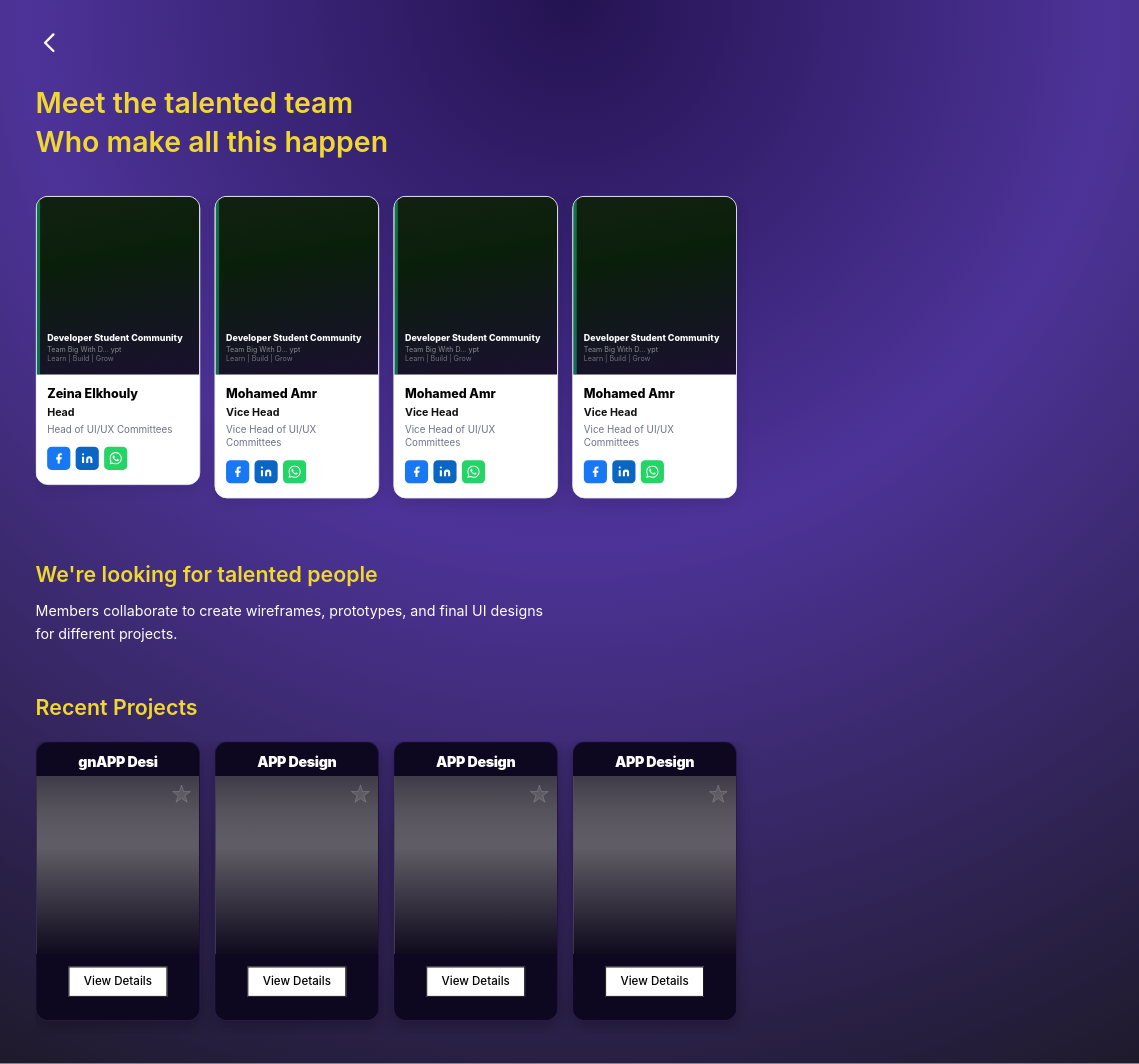
Repository: Frontend-Committee/StarUnion-Website
Page: /committees/artificial-intelligence
These files come from the project's save history. The page is drawn as it stood at one moment and after the next save; the edit follows.
The browser window is 1280 px wide. The pictures show the whole page, at 89% of full size.
Pictures or frames that could not be fetched are drawn as grey boxes. The project was rebuilt for these pictures with package versions that can differ from the ones it lists, and the page was loaded fresh each time. Also part of the build but not shown: vite.config.js, src/features/committees/components/CommitteeBadge.jsx, src/features/committees/components/CommitteeCard.jsx, src/features/committees/pages/CommitteesPage.jsx, src/components/common/Navbar.jsx, src/components/common/Footer.jsx.

Above is the page before, as saved 2026-02-26 03:34:25.

### index.html
<!doctype html>
<html lang="en">
  <head>
    <meta charset="UTF-8" />
    <meta name="viewport" content="width=device-width, initial-scale=1.0" />
    <title>star-union</title>
  </head>
  <body>
    <div id="root"></div>
    <script type="module" src="/src/main.jsx"></script>
  </body>
</html>

### src/App.jsx
import { BrowserRouter, Route, Routes } from "react-router-dom";
import "./App.css";

import CommitteeDetailsPage from "./features/committees/pages/CommitteeDetailsPage";
import CommitteesPage from "./features/committees/pages/CommitteesPage";
import MainLayout from "./layouts/MainLayout";

function App() {
  return (
    <BrowserRouter>
      <Routes>
        <Route element={<MainLayout />}>
          <Route path="/committees" element={<CommitteesPage />} />
          <Route path="/committees/:slug" element={<CommitteeDetailsPage />} />
          {/* Fallback — redirect to committees for now */}
          <Route path="*" />
        </Route>
      </Routes>
    </BrowserRouter>
  );
}

export default App;

### src/App.css
@tailwind base;
@tailwind components;
@tailwind utilities;

/* Import Inter from Google Fonts */
@import url("https://fonts.googleapis.com/css2?family=Inter:wght@400;500;600;700;800;900&display=swap");

/* Base global styles */
* {
  margin: 0;
  padding: 0;
  box-sizing: border-box;
}

html {
  scroll-behavior: smooth;
}

body {
  font-family:
    "Inter",
    -apple-system,
    BlinkMacSystemFont,
    "Segoe UI",
    Roboto,
    sans-serif;
  -webkit-font-smoothing: antialiased;
  -moz-osx-font-smoothing: grayscale;
}

/* Hide scrollbar utility */
.scrollbar-hide {
  -ms-overflow-style: none;
  scrollbar-width: none;
}
.scrollbar-hide::-webkit-scrollbar {
  display: none;
}

### src/features/committees/pages/CommitteeDetailsPage.jsx
import { motion } from "framer-motion";
import { useNavigate, useParams } from "react-router-dom";
import ScrollAnimation from "../../../components/ui/ScrollAnimation";
import {
  COMMITTEES_DATA,
  MOCK_PROJECTS,
  MOCK_TEAM_MEMBERS,
} from "../../../utils/constants";

/* ────────────────────────────────────────
   Team Member Card — matches Figma exactly
   • White card
   • Full-bleed dark photo area (top ~60%)
   • White bottom: purple name, bold role, gray desc, coloured social buttons
──────────────────────────────────────── */
const TeamCard = ({ member, delay = 0 }) => (
  <ScrollAnimation variant="fade-up" delay={delay} className="flex-shrink-0">
    <motion.div
      whileHover={{ y: -5, boxShadow: "0 16px 40px rgba(116,65,255,0.18)" }}
      transition={{ type: "spring", stiffness: 300, damping: 22 }}
      className="w-[185px] rounded-[14px] overflow-hidden border border-gray-200 bg-white flex flex-col"
      style={{ boxShadow: "0 4px 16px rgba(0,0,0,0.10)" }}
    >
      {/* ── Photo / Banner area ── */}
      <div
        className="relative w-full bg-[#111827] overflow-hidden"
        style={{ height: 200 }}
      >
        {member.photo ? (
          <img
            src={member.photo}
            alt={member.name}
            className="w-full h-full object-cover object-top"
          />
        ) : (
          /* DSC-style placeholder matching the Figma banner */
          <div
            className="w-full h-full flex flex-col justify-end p-3"
            style={{
              background:
                "linear-gradient(170deg, #122112 0%, #0a1f0a 35%, #1a1030 100%)",
            }}
          >
            {/* Green accent bar left */}
            <div className="absolute top-0 left-0 w-1 h-full bg-[#11EDA4]/40" />
            <p className="text-white font-extrabold text-[10px] leading-tight mb-0.5">
              Developer Student Community
            </p>
            <p className="text-white/50 text-[8px] leading-tight">
              Team Big With D... ypt
            </p>
            <p className="text-white/40 text-[8px]">Learn | Build | Grow</p>
          </div>
        )}
      </div>

      {/* ── Info section ── */}
      <div className="bg-white px-3 pt-3 pb-4 flex flex-col">
        <h4 className="text-primary font-extrabold text-[14px] leading-tight">
          {member.name}
        </h4>
        <p className="text-[#111] text-[12px] font-bold mt-[3px]">
          {member.role}
        </p>
        <p className="text-gray-500 text-[11px] leading-snug mt-[3px]">
          {member.description}
        </p>

        {/* Coloured icon buttons */}
        <div className="flex gap-[6px] mt-3">
          {member.socials?.facebook && (
            <a
              href={member.socials.facebook}
              className="w-[26px] h-[26px] rounded-[5px] bg-[#1877F2] flex items-center justify-center text-white hover:opacity-80 transition-opacity"
              aria-label="Facebook"
            >
              <svg
                viewBox="0 0 24 24"
                fill="currentColor"
                className="w-[14px] h-[14px]"
              >
                <path d="M18 2h-3a5 5 0 00-5 5v3H7v4h3v8h4v-8h3l1-4h-4V7a1 1 0 011-1h3z" />
              </svg>
            </a>
          )}
          {member.socials?.linkedin && (
            <a
              href={member.socials.linkedin}
              className="w-[26px] h-[26px] rounded-[5px] bg-[#0A66C2] flex items-center justify-center text-white hover:opacity-80 transition-opacity"
              aria-label="LinkedIn"
            >
              <svg
                viewBox="0 0 24 24"
                fill="currentColor"
                className="w-[14px] h-[14px]"
              >
                <path d="M16 8a6 6 0 016 6v7h-4v-7a2 2 0 00-4 0v7h-4v-7a6 6 0 016-6zM2 9h4v12H2zM4 6a2 2 0 100-4 2 2 0 000 4z" />
              </svg>
            </a>
          )}
          {member.socials?.instagram && (
            <a
              href={member.socials.instagram}
              className="w-[26px] h-[26px] rounded-[5px] bg-[#25D366] flex items-center justify-center text-white hover:opacity-80 transition-opacity"
              aria-label="WhatsApp"
            >
              <svg
                viewBox="0 0 24 24"
                fill="currentColor"
                className="w-[14px] h-[14px]"
              >
                <path d="M17.472 14.382c-.297-.149-1.758-.867-2.03-.967-.273-.099-.471-.148-.67.15-.197.297-.767.966-.94 1.164-.173.199-.347.223-.644.075-.297-.15-1.255-.463-2.39-1.475-.883-.788-1.48-1.761-1.653-2.059-.173-.297-.018-.458.13-.606.134-.133.298-.347.446-.52.149-.174.198-.298.298-.497.099-.198.05-.371-.025-.52-.075-.149-.669-1.612-.916-2.207-.242-.579-.487-.5-.669-.51-.173-.008-.371-.01-.57-.01-.198 0-.52.074-.792.372-.272.297-1.04 1.016-1.04 2.479 0 1.462 1.065 2.875 1.213 3.074.149.198 2.096 3.2 5.077 4.487.709.306 1.262.489 1.694.625.712.227 1.36.195 1.871.118.571-.085 1.758-.719 2.006-1.413.248-.694.248-1.289.173-1.413-.074-.124-.272-.198-.57-.347m-5.421 7.403h-.004a9.87 9.87 0 01-5.031-1.378l-.361-.214-3.741.982.998-3.648-.235-.374a9.86 9.86 0 01-1.51-5.26c.001-5.45 4.436-9.884 9.888-9.884 2.64 0 5.122 1.03 6.988 2.898a9.825 9.825 0 012.893 6.994c-.003 5.45-4.437 9.884-9.885 9.884m8.413-18.297A11.815 11.815 0 0012.05 0C5.495 0 .16 5.335.157 11.892c0 2.096.547 4.142 1.588 5.945L.057 24l6.305-1.654a11.882 11.882 0 005.683 1.448h.005c6.554 0 11.89-5.335 11.893-11.893a11.821 11.821 0 00-3.48-8.413z" />
              </svg>
            </a>
          )}
        </div>
      </div>
    </motion.div>
  </ScrollAnimation>
);

/* ────────────────────────────────────────
   Project Card — matches Figma exactly
   • Dark card
   • Top: full screenshot-style preview with overlay bold text
   • Bottom row: yellow project title + purple "View Details" button
──────────────────────────────────────── */
const ProjectCard = ({ project, delay = 0 }) => (
  <ScrollAnimation variant="fade-up" delay={delay} className="flex-shrink-0">
    <motion.div
      whileHover={{ y: -5, boxShadow: "0 16px 40px rgba(116,65,255,0.25)" }}
      transition={{ type: "spring", stiffness: 300, damping: 22 }}
      className="w-[185px] rounded-[14px] overflow-hidden border border-purple-500/20 bg-[#0d0820] flex flex-col"
      style={{ boxShadow: "0 4px 16px rgba(0,0,0,0.30)" }}
    >
      {/* ── Title on top centered ── */}
      <div className="px-3 pt-3 pb-2 text-center">
        <p className="text-white/50 text-[8px] font-semibold tracking-[0.08em] uppercase mb-[2px]">
          {project.subtitle}
        </p>
        <h4 className="text-white font-black text-[16px] leading-none tracking-tight">
          {project.title}
        </h4>
      </div>

      {/* ── Screenshot preview area ── */}
      <div className="relative w-full overflow-hidden" style={{ height: 200 }}>
        {/* Real background image */}
        <img
          src={project.image}
          alt={project.title}
          className="absolute inset-0 w-full h-full object-cover"
        />

        {/* Shadow overlay from bottom */}
        <div
          className="absolute inset-0"
          style={{
            background:
              "linear-gradient(to top, rgba(8,2,22,0.95) 0%, rgba(8,2,22,0.5) 50%, rgba(8,2,22,0.1) 100%)",
          }}
        />

        {/* Shadow overlay from top */}
        <div
          className="absolute inset-0"
          style={{
            background:
              "linear-gradient(to bottom, rgba(8,2,22,0.6) 0%, transparent 40%)",
          }}
        />

        {/* Decorative star top-right */}
        <div className="absolute top-2 right-2 opacity-50">
          <svg width="24" height="24" viewBox="0 0 24 24" fill="none">
            <path
              d="M12 2l2.4 7.4H22l-6.2 4.5 2.4 7.4L12 17l-6.2 4.3 2.4-7.4L2 9.4h7.6z"
              fill="white"
              fillOpacity="0.2"
              stroke="white"
              strokeOpacity="0.4"
              strokeWidth="1"
            />
          </svg>
        </div>
      </div>

      {/* ── Bottom bar — title + button centered ── */}
      <div className="px-3 py-[10px] flex flex-col items-center gap-2 bg-[#0d0820]">
        <div className="px-3 pb-4 pt-1 mx-auto">
          <button className="inline-block px-4 py-[6px] text-[13px] bg-white text-primary border border-primary rounded-md font-medium hover:bg-white/70 hover:text-primary transition duration-200">
            View Details
          </button>
        </div>
      </div>
    </motion.div>
  </ScrollAnimation>
);

/* ── main page ── */
export default function CommitteeDetailsPage() {
  const { slug } = useParams();
  const navigate = useNavigate();

  const committee = COMMITTEES_DATA.find((c) => c.slug === slug);

  if (!committee) {
    return (
      <div className="min-h-screen bg-gradientBg3 flex items-center justify-center">
        <p className="text-white text-h3">Committee not found</p>
      </div>
    );
  }

  return (
    <section className="min-h-screen bg-gradientBg3 py-8 px-4 md:px-8">
      <div className="max-w-[1200px] mx-auto">
        {/* Back button */}
        <ScrollAnimation variant="fade-right">
          <button
            onClick={() => navigate("/committees")}
            className="text-white hover:text-secondary transition-colors mb-8 flex items-center gap-2 group cursor-pointer"
            id="back-to-committees"
          >
            <svg
              className="w-8 h-8 group-hover:-translate-x-1 transition-transform"
              viewBox="0 0 24 24"
              fill="none"
              stroke="currentColor"
              strokeWidth="2"
            >
              <path
                strokeLinecap="round"
                strokeLinejoin="round"
                d="M15 19l-7-7 7-7"
              />
            </svg>
          </button>
        </ScrollAnimation>

        {/* Section: Meet the team */}
        <ScrollAnimation variant="fade-up" delay={100}>
          <div className="mb-10">
            <h1 className="text-tertiary text-h2 font-semibold leading-tight">
              Meet the talented team
            </h1>
            <h2 className="text-tertiary text-h2 font-semibold leading-tight mt-1">
              Who make all this happen
            </h2>
          </div>
        </ScrollAnimation>

        {/* Team members row */}
        <ScrollAnimation variant="fade-up" delay={200}>
          <div className="flex gap-4 overflow-x-auto pb-4 mb-14 scrollbar-hide">
            {MOCK_TEAM_MEMBERS.map((member, i) => (
              <TeamCard
                key={member.id + "-" + i}
                member={member}
                delay={i * 80}
              />
            ))}
          </div>
        </ScrollAnimation>

        {/* Section: Looking for talented people */}
        <ScrollAnimation variant="fade-up" delay={300}>
          <div className="mb-14">
            <h3 className="text-tertiary text-h3 font-semibold mb-3">
              We're looking for talented people
            </h3>
            <p className="text-white text-body font-normal max-w-xl leading-relaxed">
              Members collaborate to create wireframes, prototypes, and final UI
              designs for different projects.
            </p>
          </div>
        </ScrollAnimation>

        {/* Section: Recent Projects */}
        <ScrollAnimation variant="fade-up" delay={400}>
          <div>
            <h3 className="text-tertiary text-h3 font-semibold mb-6">
              Recent Projects
            </h3>

            <div className="flex gap-4 overflow-x-auto pb-4 scrollbar-hide">
              {MOCK_PROJECTS.map((project, i) => (
                <ProjectCard
                  key={project.id + "-" + i}
                  project={project}
                  delay={i * 80}
                />
              ))}
            </div>
          </div>
        </ScrollAnimation>
      </div>
    </section>
  );
}

### src/layouts/MainLayout.jsx
import { Outlet } from "react-router-dom";
import Navbar from "../components/common/Navbar";
import Footer from "../components/common/Footer";

export default function MainLayout() {
  return (
    <div className="flex flex-col min-h-screen">
      {/* <Navbar /> */}
      <main className="flex-1">
        <Outlet />
      </main>
      {/* <Footer /> */}
    </div>
  );
}

### src/components/ui/ScrollAnimation.jsx
import { useEffect, useRef, useState } from 'react';

export default function ScrollAnimation({
    children,
    className = '',
    variant = 'fade-up',
    delay = 0,
    style
}) {
    const [isVisible, setIsVisible] = useState(false);
    const ref = useRef(null);

    useEffect(() => {
        const observer = new IntersectionObserver(([entry]) => {
            if (!entry) return;
            if (entry.isIntersecting) {
                setIsVisible(true);
                observer.disconnect();
            }
        }, { threshold: 0.1 });

        if (ref.current) observer.observe(ref.current);
        return () => observer.disconnect();
    }, []);

    const variants = {
        'fade-up': 'translate-y-10',
        'fade-down': '-translate-y-10',
        'fade-left': 'translate-x-10',
        'fade-right': '-translate-x-10',
        'zoom-in': 'scale-95'
    };

    return (
        <div
            ref={ref}
            className={`transition-all duration-700 ease-out ${isVisible
                ? 'opacity-100 transform-none'
                : `opacity-0 ${variants[variant]}`
            } ${className}`}
            style={{ transitionDelay: `${delay}ms`, ...style }}
        >
            {children}
        </div>
    );
}

### tailwind.config.js
/** @type {import('tailwindcss').Config} */
module.exports = {
    darkMode: ["class"],
    content: ["./index.html", "./src/**/*.{js,jsx,ts,tsx}"],

  theme: {
  	container: {
  		center: true,
  		padding: {
  			DEFAULT: '16px',
  			lg: '24px'
  		}
  	},
  	extend: {
  		colors: {
  			primary: {
  				DEFAULT: 'hsl(var(--primary))',
  				foreground: 'hsl(var(--primary-foreground))'
  			},
  			secondary: {
  				DEFAULT: 'hsl(var(--secondary))',
  				foreground: 'hsl(var(--secondary-foreground))'
  			},
  			tertiary: '#EFD830',
  			background: 'hsl(var(--background))',
  			text: '#111111',
  			textInvert: '#FFFFFF',
  			muted: {
  				DEFAULT: 'hsl(var(--muted))',
  				foreground: 'hsl(var(--muted-foreground))'
  			},
  			card: {
  				DEFAULT: 'hsl(var(--card))',
  				foreground: 'hsl(var(--card-foreground))'
  			},
  			cardSoft: '#C8B5FC',
  			success: '#12B76A',
  			warning: '#F59E0B',
  			error: '#EF4444',
  			bg31: '#241352',
  			bg32: '#4D3398',
  			bg33: '#1E1A2B',
  			foreground: 'hsl(var(--foreground))',
  			popover: {
  				DEFAULT: 'hsl(var(--popover))',
  				foreground: 'hsl(var(--popover-foreground))'
  			},
  			accent: {
  				DEFAULT: 'hsl(var(--accent))',
  				foreground: 'hsl(var(--accent-foreground))'
  			},
  			destructive: {
  				DEFAULT: 'hsl(var(--destructive))',
  				foreground: 'hsl(var(--destructive-foreground))'
  			},
  			border: 'hsl(var(--border))',
  			input: 'hsl(var(--input))',
  			ring: 'hsl(var(--ring))',
  			chart: {
  				'1': 'hsl(var(--chart-1))',
  				'2': 'hsl(var(--chart-2))',
  				'3': 'hsl(var(--chart-3))',
  				'4': 'hsl(var(--chart-4))',
  				'5': 'hsl(var(--chart-5))'
  			}
  		},
  		backgroundImage: {
  			gradientBg3: 'radial-gradient(circle at top, #241352 0%, #4D3398 45%, #1E1A2B 100%)',
  			gradientFooter: 'linear-gradient(135deg, #E1D6FF 0%, #7441FF 100%)',
  			gradientBrand: 'linear-gradient(135deg, #7441FF 0%, #11EDA4 50%, #EFD830 100%)'
  		},
  		fontSize: {
  			h1: [
  				'44px',
  				{
  					lineHeight: '1.1',
  					fontWeight: '800'
  				}
  			],
  			h2: [
  				'32px',
  				{
  					lineHeight: '1.15',
  					fontWeight: '800'
  				}
  			],
  			h3: [
  				'24px',
  				{
  					lineHeight: '1.2',
  					fontWeight: '800'
  				}
  			],
  			h4: [
  				'20px',
  				{
  					lineHeight: '1.25',
  					fontWeight: '800'
  				}
  			],
  			body: [
  				'16px',
  				{
  					lineHeight: '1.6',
  					fontWeight: '800'
  				}
  			],
  			caption: [
  				'14px',
  				{
  					lineHeight: '1.4',
  					fontWeight: '800'
  				}
  			],
  			micro: [
  				'12px',
  				{
  					lineHeight: '1.35',
  					fontWeight: '800'
  				}
  			]
  		},
  		spacing: {
  			'1': '4px',
  			'2': '8px',
  			'3': '12px',
  			'4': '16px',
  			'6': '24px',
  			'8': '32px',
  			'12': '48px',
  			'16': '64px'
  		},
  		margin: {
  			'section-sm': '24px',
  			'section-md': '32px',
  			'section-lg': '48px',
  			'section-xl': '64px'
  		},
  		padding: {
  			'section-sm': '24px',
  			'section-md': '32px',
  			'section-lg': '48px',
  			'section-xl': '64px'
  		},
  		boxShadow: {
  			soft: '0 4px 10px rgba(0,0,0,0.1)'
  		},
  		borderRadius: {
  			card: '16px',
  			lg: 'var(--radius)',
  			md: 'calc(var(--radius) - 2px)',
  			sm: 'calc(var(--radius) - 4px)'
  		}
  	}
  },

  plugins: [require("tailwindcss-animate")],
};

Loaded but not shown: src/main.jsx (common file); src/utils/constants.js (183 lines, source omitted)

After the next save:
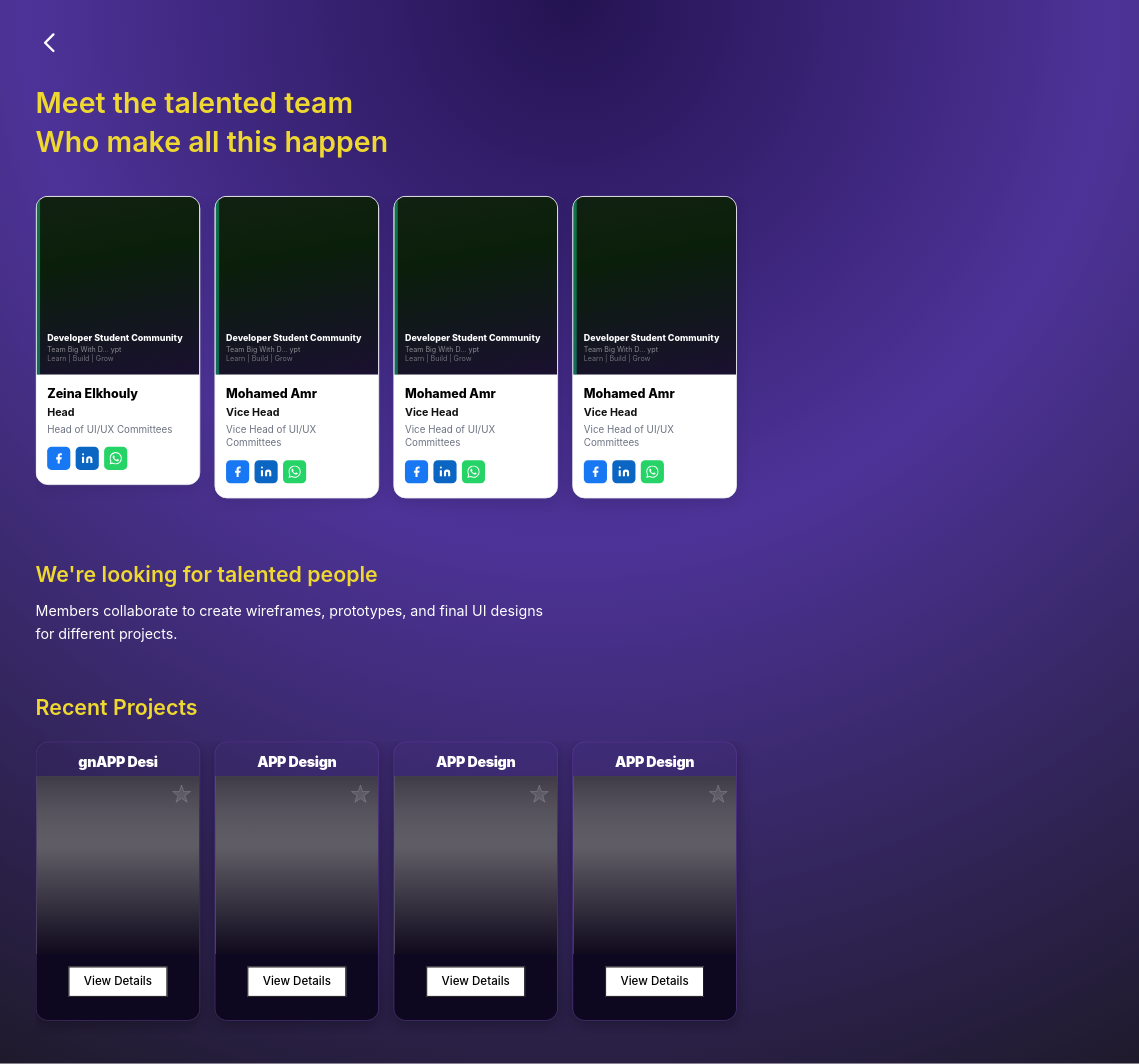
Saved 15 s later.
--- a/src/features/committees/pages/CommitteeDetailsPage.jsx
+++ b/src/features/committees/pages/CommitteeDetailsPage.jsx
@@ -130,7 +130,7 @@ const ProjectCard = ({ project, delay = 0 }) => (
     <motion.div
       whileHover={{ y: -5, boxShadow: "0 16px 40px rgba(116,65,255,0.25)" }}
       transition={{ type: "spring", stiffness: 300, damping: 22 }}
-      className="w-[185px] rounded-[14px] overflow-hidden border border-purple-500/20 bg-[#0d0820] flex flex-col"
+      className="w-[185px] rounded-[14px] overflow-hidden border border-purple-500/20 flex flex-col"
       style={{ boxShadow: "0 4px 16px rgba(0,0,0,0.30)" }}
     >
       {/* ── Title on top centered ── */}
